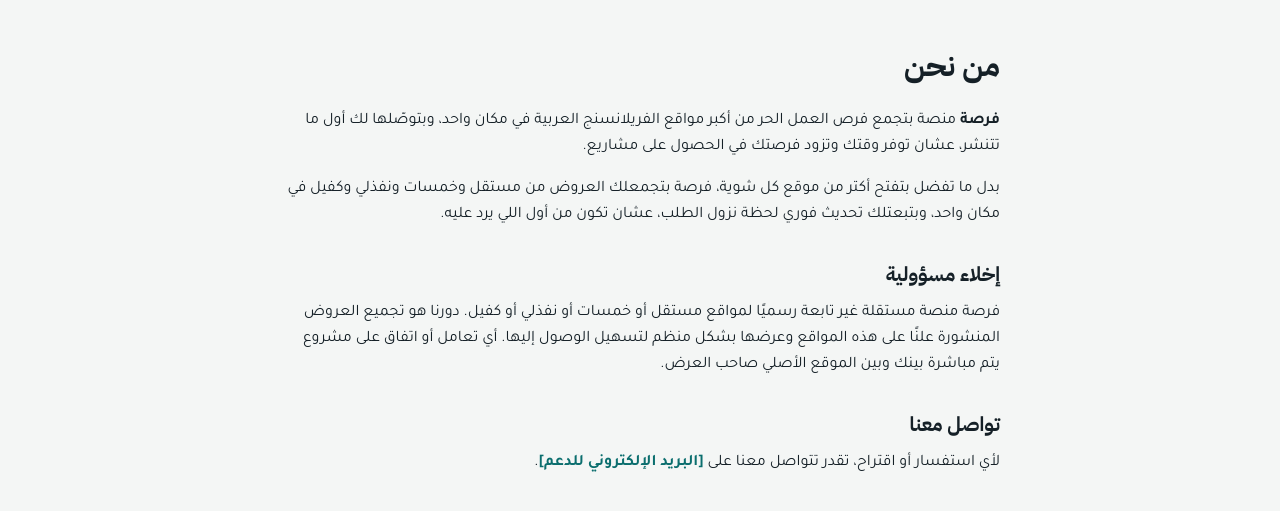
Repository: Omrtyurke123/forsa
Page: /about
An editor plug-in stored every save of this project. The page is shown before and after the next save, followed by the edit.
The browser window is 1280 px wide. The pictures show the whole page.
The project was rebuilt for these pictures with package versions that can differ from the ones it lists, and the page was loaded fresh each time. The framework's server and built-in components were replaced by stand-ins that run in the browser. Also part of the build but not shown: next.config.mjs.

Above is the page before, as saved 2026-10-13 20:47:09.

### app/layout.js
import "./globals.css";
import { IBM_Plex_Sans_Arabic, Tajawal } from "next/font/google";

const display = IBM_Plex_Sans_Arabic({
  subsets: ["arabic"],
  weight: ["600", "700"],
  variable: "--font-display",
});

const body = Tajawal({
  subsets: ["arabic"],
  weight: ["400", "500", "700"],
  variable: "--font-body",
});

export const metadata = {
  title: "فرصة — وظائف العمل الحر في مكان واحد",
  description:
    "وظائف البرمجة والتصميم من مستقل وخمسات ونفذلي، مرتبة ولحظية، في مكان واحد.",
};

export default function RootLayout({ children }) {
  return (
    <html lang="ar" dir="rtl" className={`${display.variable} ${body.variable}`}>
      <body className="bg-paper text-ink font-body">{children}</body>
    </html>
  );
}

### app/about/page.js
export const metadata = {
  title: "من نحن | فرصة",
};

export default function AboutPage() {
  return (
    <main className="max-w-3xl mx-auto px-6 py-12 leading-relaxed">
      <h1 className="font-display font-bold text-3xl mb-6">من نحن</h1>

      <p className="mb-4">
        <b>فرصة</b> منصة بتجمع فرص العمل الحر من أكبر مواقع الفريلانسنج
        العربية في مكان واحد، وبتوصّلها لك أول ما تتنشر، عشان توفر وقتك
        وتزود فرصتك في الحصول على مشاريع.
      </p>

      <p className="mb-4">
        بدل ما تفضل بتفتح أكتر من موقع كل شوية، فرصة بتجمعلك العروض من مستقل
        وخمسات ونفذلي وكفيل في مكان واحد، وبتبعتلك تحديث فوري لحظة نزول
        الطلب، عشان تكون من أول اللي يرد عليه.
      </p>

      <h2 className="font-bold text-xl mt-8 mb-3">إخلاء مسؤولية</h2>
      <p className="mb-4">
        فرصة منصة مستقلة غير تابعة رسميًا لمواقع مستقل أو خمسات أو نفذلي أو
        كفيل. دورنا هو تجميع العروض المنشورة علنًا على هذه المواقع وعرضها
        بشكل منظم لتسهيل الوصول إليها. أي تعامل أو اتفاق على مشروع يتم
        مباشرة بينك وبين الموقع الأصلي صاحب العرض.
      </p>

      <h2 className="font-bold text-xl mt-8 mb-3">تواصل معنا</h2>
      <p>
        لأي استفسار أو اقتراح، تقدر تتواصل معنا على{" "}
        <a href="mailto:[البريد الإلكتروني للدعم]" className="text-teal font-bold">
          [البريد الإلكتروني للدعم]
        </a>
        .
      </p>
    </main>
  );
}

### app/globals.css
@tailwind base;
@tailwind components;
@tailwind utilities;

* {
  border-color: theme("colors.line");
}

:focus-visible {
  outline: 2px solid theme("colors.teal");
  outline-offset: 2px;
}

h1, h2, h3 {
  font-family: var(--font-display);
}

### tailwind.config.js
/** @type {import('tailwindcss').Config} */
module.exports = {
  content: ["./app/**/*.{js,jsx}"],
  theme: {
    extend: {
      colors: {
        ink: "#152027",
        paper: "#F4F6F5",
        panel: "#FFFFFF",
        gold: "#C98A2C",
        teal: "#0B6E6E",
        line: "#DDE3E1",
        muted: "#5B6B68",
        danger: "#B3432B",
        mostaql: "#2F6F5E",
        khamsat: "#C98A2C",
        nafezly: "#2B5FA8",
      },
      fontFamily: {
        display: ["var(--font-display)", "sans-serif"],
        body: ["var(--font-body)", "sans-serif"],
      },
    },
  },
  plugins: [],
};

After the next save:
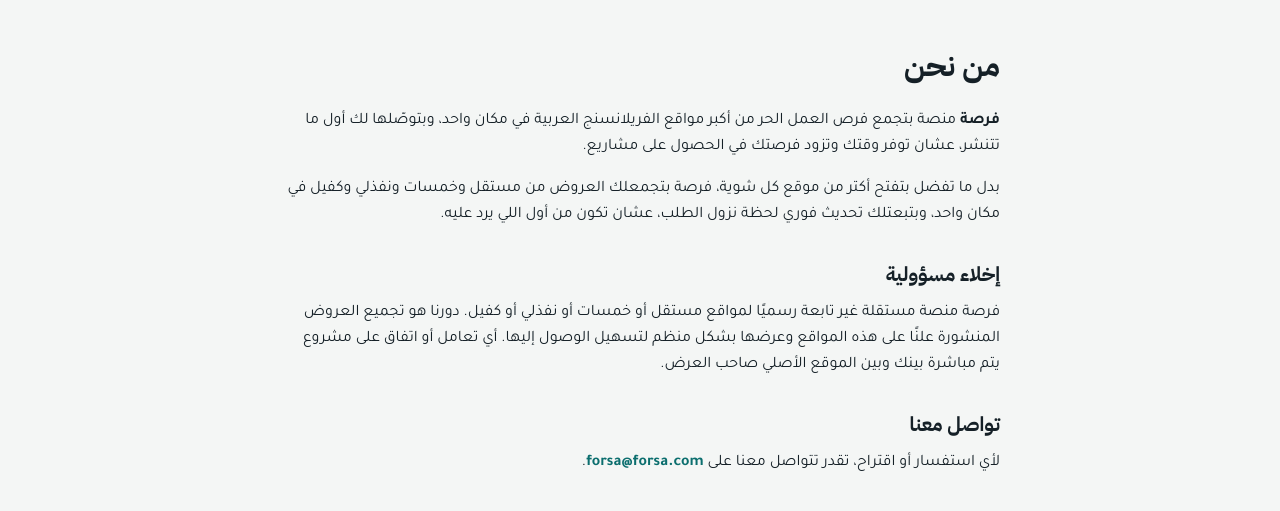
Saved 20 s later.
--- a/app/about/page.js
+++ b/app/about/page.js
@@ -30,8 +30,8 @@
       <h2 className="font-bold text-xl mt-8 mb-3">تواصل معنا</h2>
       <p>
         لأي استفسار أو اقتراح، تقدر تتواصل معنا على{" "}
-        <a href="mailto:[البريد الإلكتروني للدعم]" className="text-teal font-bold">
-          [البريد الإلكتروني للدعم]
+        <a href="mailto:forsa@forsa.com" className="text-teal font-bold">
+          forsa@forsa.com
         </a>
         .
       </p>
